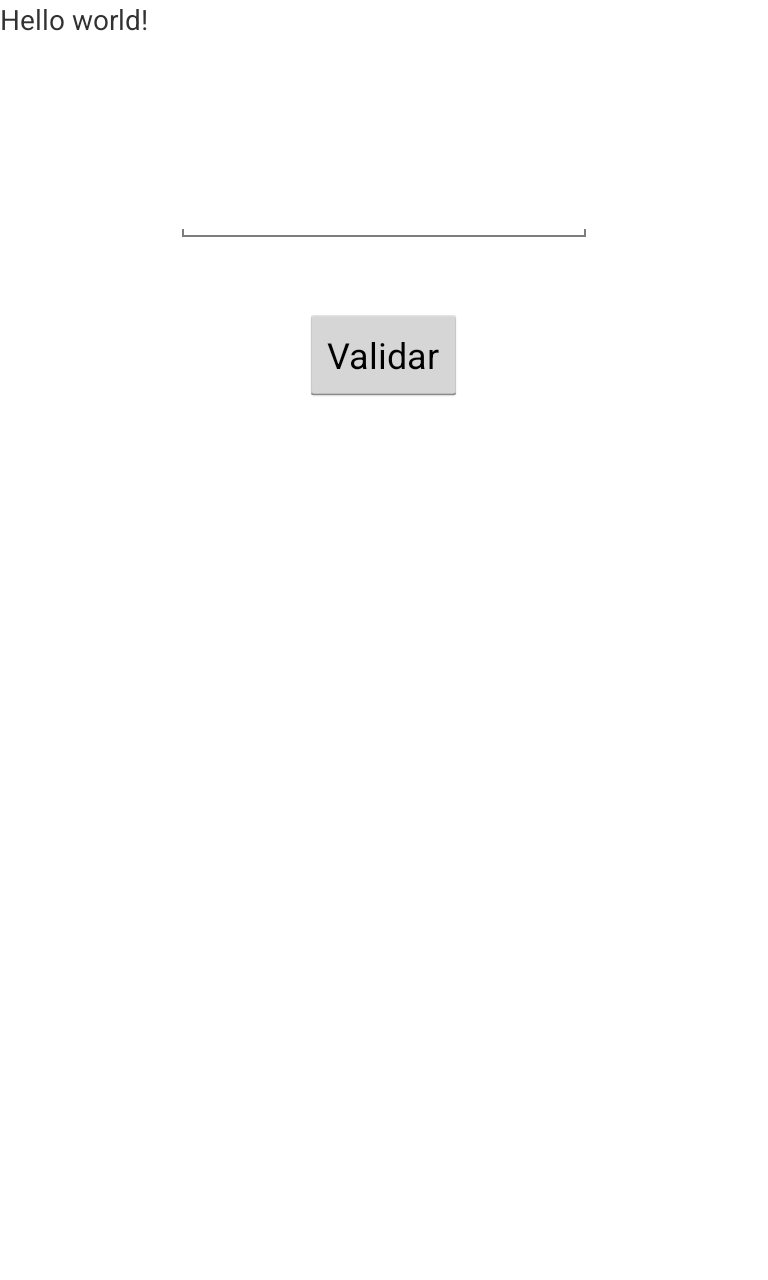
Repository: brownie-gt/SOA
Layout: Android/Validator/res/layout/activity_main.xml
The author's editor kept a copy of each file at every save. The layout is drawn from the files as they stood at one save, then again after the next save.
It is drawn on a 768 x 1280 px phone screen (xhdpi) without system bars, with theme AppTheme; the app's code is not run.

Above is the layout before, as saved 2014-05-18 13:22:02.

After the next save:
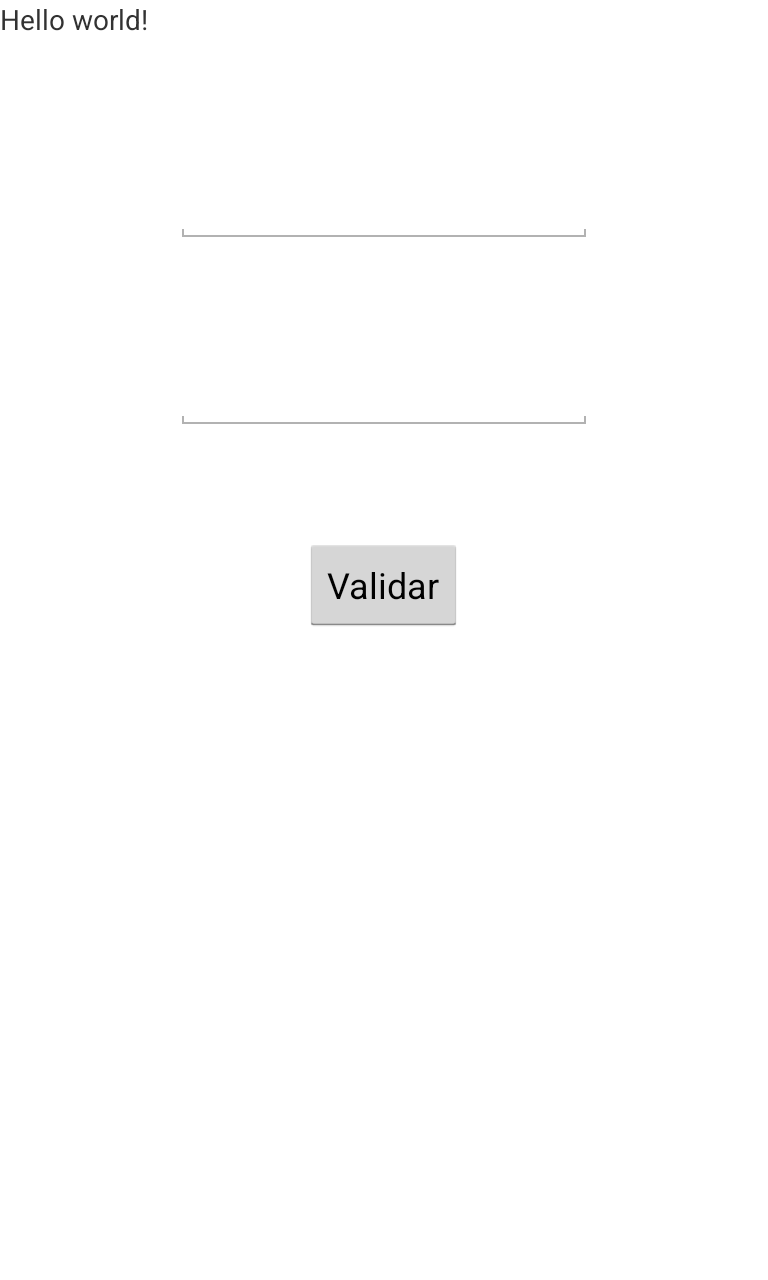
Saved 21 s later.
--- a/Android/Validator/res/layout/activity_main.xml
+++ b/Android/Validator/res/layout/activity_main.xml
@@ -22,25 +22,23 @@
 
     </EditText>
 
-        <EditText
-        android:id="@+id/name"
-        android:layout_width="wrap_content"
-        android:layout_height="wrap_content"
-        android:layout_below="@+id/textView1"
-        android:layout_centerHorizontal="true"
-        android:layout_marginTop="64dp"
-        android:ems="10"
-        android:inputType="text" >
-
-    </EditText>
-
     <Button
         android:id="@+id/button1"
         android:layout_width="wrap_content"
         android:layout_height="wrap_content"
         android:layout_below="@+id/emailText"
         android:layout_centerHorizontal="true"
-        android:layout_marginTop="31dp"
+        android:layout_marginTop="146dp"
         android:text="Validar" />
 
+    <EditText
+        android:id="@+id/name"
+        android:layout_width="wrap_content"
+        android:layout_height="wrap_content"
+        android:layout_alignLeft="@+id/emailText"
+        android:layout_below="@+id/emailText"
+        android:layout_marginTop="54dp"
+        android:ems="10"
+        android:inputType="text" />
+
 </RelativeLayout>
